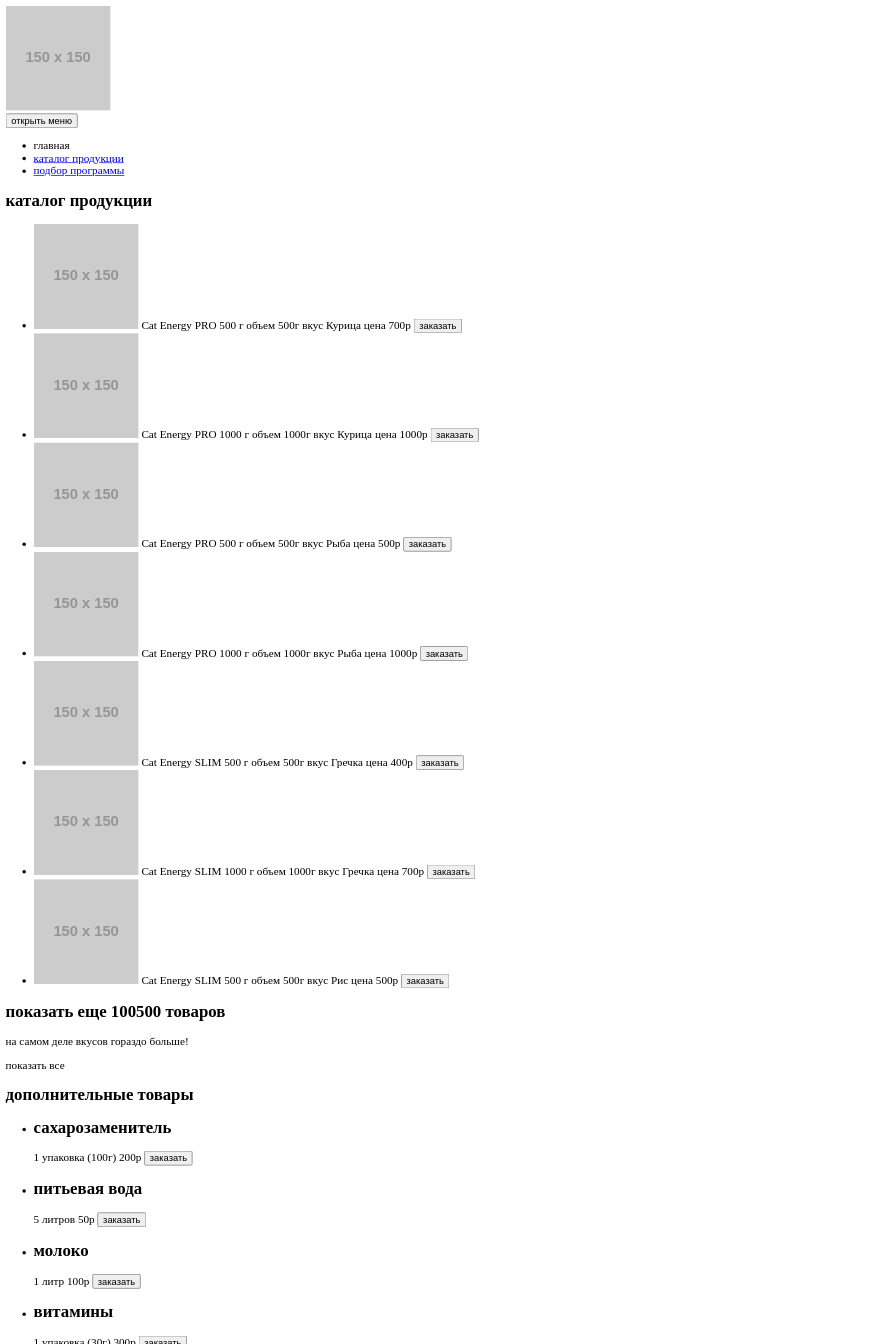
Repository: svetlana2885/1411135-cat-energy-20
Page: source/catalog.html
The author's editor kept a copy of each file at every save. The page is drawn from the files as they stood at one save, then again after the next save.
The browser window is 1280 px wide. The pictures show the part of the page from y = 0 to 1920 px (the page is 2607 px tall before and 2593 px after), at 70% of full size.

Above is the page before, as saved 2020-07-20 07:10:36.

After the next save:
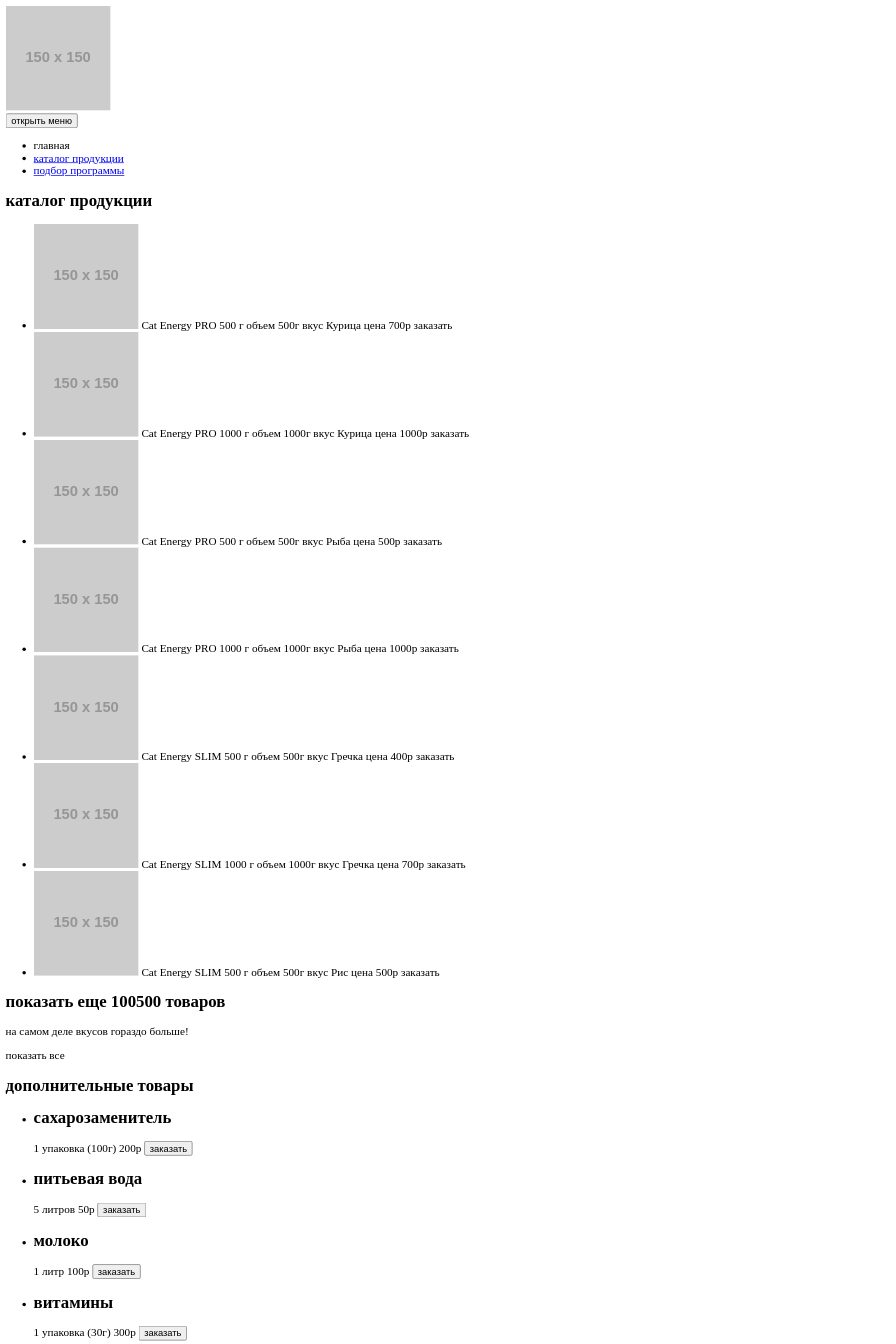
Saved 4 h 33 min later.
--- a/source/catalog.html
+++ b/source/catalog.html
@@ -45,7 +45,7 @@
           <span class="catalog-product__description">объем 500г</span>
           <span class="catalog-product__description">вкус Курица</span>
           <span class="catalog-product__description">цена 700р</span>
-          <button class="green-button" type="button">заказать</button>
+          <a class="green-button">заказать</a>
         </li>
         <li class="catalog-product__item">
           <img
@@ -57,7 +57,7 @@
           <span class="catalog-product__description">объем 1000г</span>
           <span class="catalog-product__description">вкус Курица</span>
           <span class="catalog-product__description">цена 1000р</span>
-          <button class="green-button" type="button">заказать</button>
+          <a class="green-button">заказать</a>
         </li>
         <li class="catalog-product__item">
           <img
@@ -69,7 +69,7 @@
           <span class="catalog-product__description">объем 500г</span>
           <span class="catalog-product__description">вкус Рыба</span>
           <span class="catalog-product__description">цена 500р</span>
-          <button class="green-button" type="button">заказать</button>
+          <a class="green-button">заказать</a>
         </li>
         <li class="catalog-product__item">
           <img
@@ -81,7 +81,7 @@
           <span class="catalog-product__description">объем 1000г</span>
           <span class="catalog-product__description">вкус Рыба</span>
           <span class="catalog-product__description">цена 1000р</span>
-          <button class="green-button" type="button">заказать</button>
+          <a class="green-button">заказать</a>
         </li>
         <li class="catalog-product__item">
           <img
@@ -93,7 +93,7 @@
           <span class="catalog-product__description">объем 500г</span>
           <span class="catalog-product__description">вкус Гречка</span>
           <span class="catalog-product__description">цена 400р</span>
-          <button class="green-button" type="button">заказать</button>
+          <a class="green-button">заказать</a>
         </li>
         <li class="catalog-product__item">
           <img
@@ -105,7 +105,7 @@
           <span class="catalog-product__description">объем 1000г</span>
           <span class="catalog-product__description">вкус Гречка</span>
           <span class="catalog-product__description">цена 700р</span>
-          <button class="green-button" type="button">заказать</button>
+          <a class="green-button">заказать</a>
         </li>
         <li class="catalog-product__item">
           <img
@@ -117,7 +117,7 @@
           <span class="catalog-product__description">объем 500г</span>
           <span class="catalog-product__description">вкус Рис</span>
           <span class="catalog-product__description">цена 500р</span>
-          <button class="green-button" type="button">заказать</button>
+          <a class="green-button">заказать</a>
         </li>
       </ul>
     </section>
